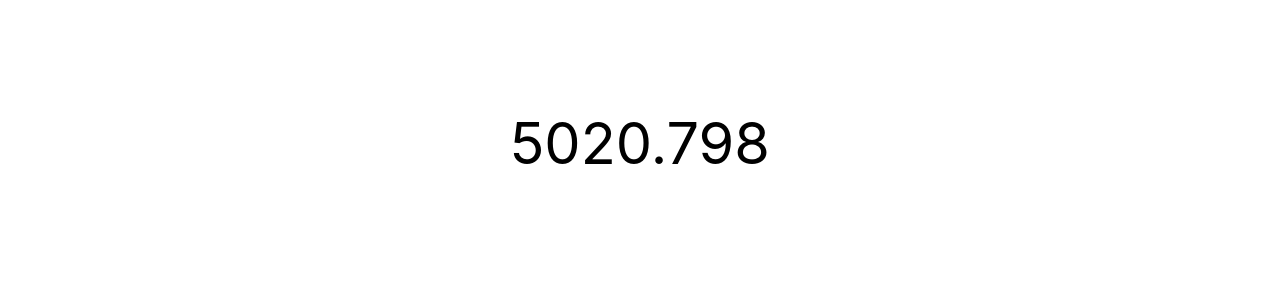
Repository: michalgornicki/bitcoin-virtual
Page: /
These files come from the project's save history. The page is drawn as it stood at one moment and after the next save; the edit follows.
The browser window is 1280 px wide. The pictures show the whole page.
The project was rebuilt for these pictures with package versions that can differ from the ones it lists, and the page was loaded fresh each time.

Above is the page before, as saved 2021-12-05 20:26:02.

### src/App.jsx
import React, { useState, useEffect } from 'react';
import './App.css';

function App() {

const [bitcoinPrice, setBitcoinPrice] = useState(5000);


const setPrice = () => {
  let randomNumber = parseFloat((Math.random()*10).toFixed(3));
  setBitcoinPrice(bitcoinPrice => parseFloat((bitcoinPrice + randomNumber).toFixed(3)));
  setTimeout(setPrice, 1000)
}

useEffect(() => {
  setPrice();
}, []);

  return (
    <p>
      <div className="price">{bitcoinPrice}</div>
    </p>
  );
}

export default App;

### src/App.css
.price{
    font-size: 8vmin;
    display: block;
    margin: auto;
    margin-top: 15vmin;
    width: min-content;
}

Loaded but not shown: public/index.html (common file); src/index.js (common file); src/index.css (common file); src/reportWebVitals.js (common file)

After the next save:
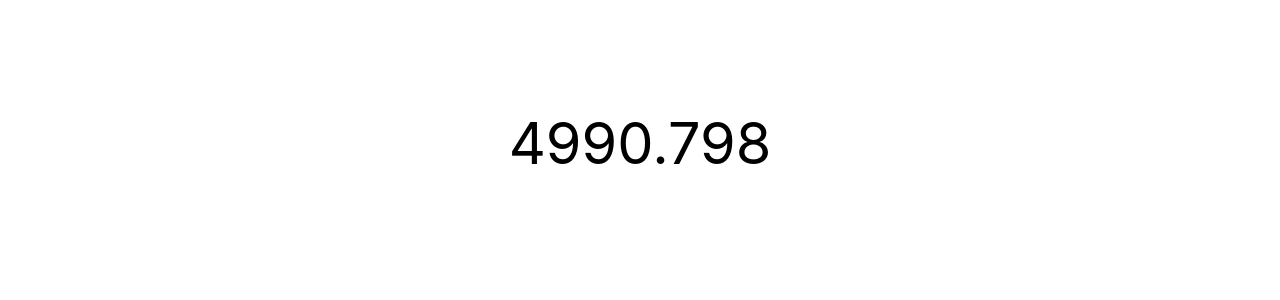
Saved 72 s later.
--- a/src/App.jsx
+++ b/src/App.jsx
@@ -7,7 +7,7 @@ const [bitcoinPrice, setBitcoinPrice] = useState(5000);
 
 
 const setPrice = () => {
-  let randomNumber = parseFloat((Math.random()*10).toFixed(3));
+  let randomNumber = parseFloat((Math.random()*10 - 5).toFixed(3));
   setBitcoinPrice(bitcoinPrice => parseFloat((bitcoinPrice + randomNumber).toFixed(3)));
   setTimeout(setPrice, 1000)
 }
